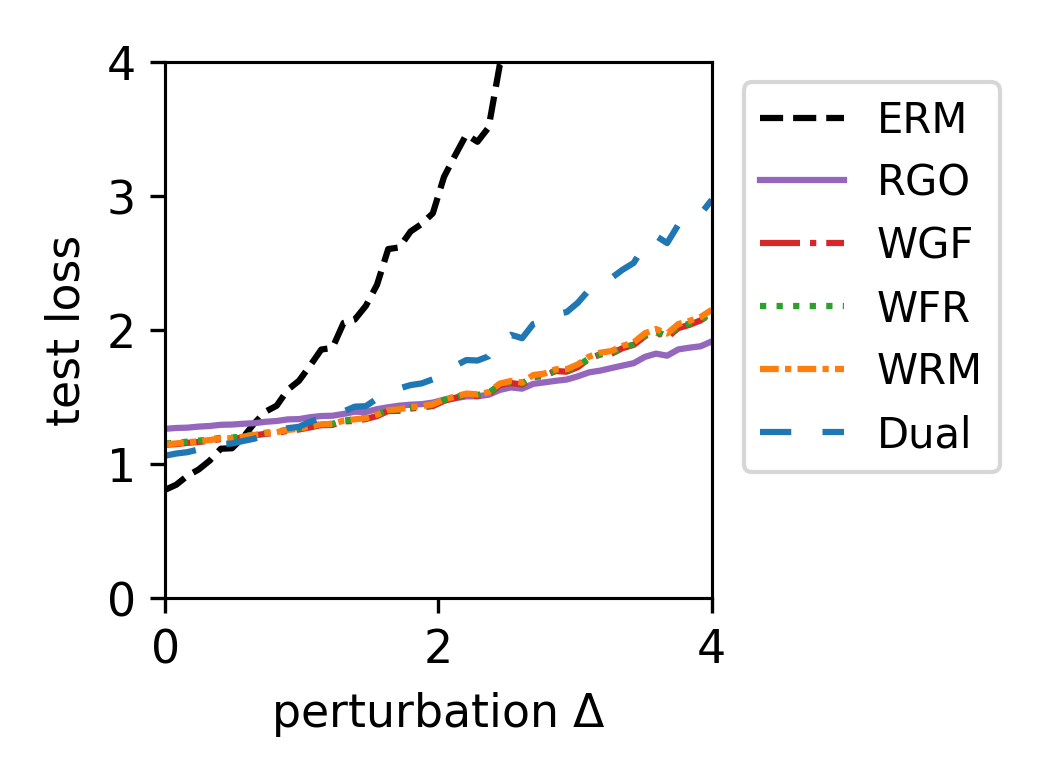
Repository: ZusenXu/GFS-DRO
Script's output: python uncertain_least_squares/uncertain_least_squares.py
An editor plug-in stored every save of this project. The script's output is shown before and after the next save, followed by the edit.
Random numbers start from a fixed seed.

Above is the script's output before, as saved 2025-09-13 21:02:20.

After the next save:
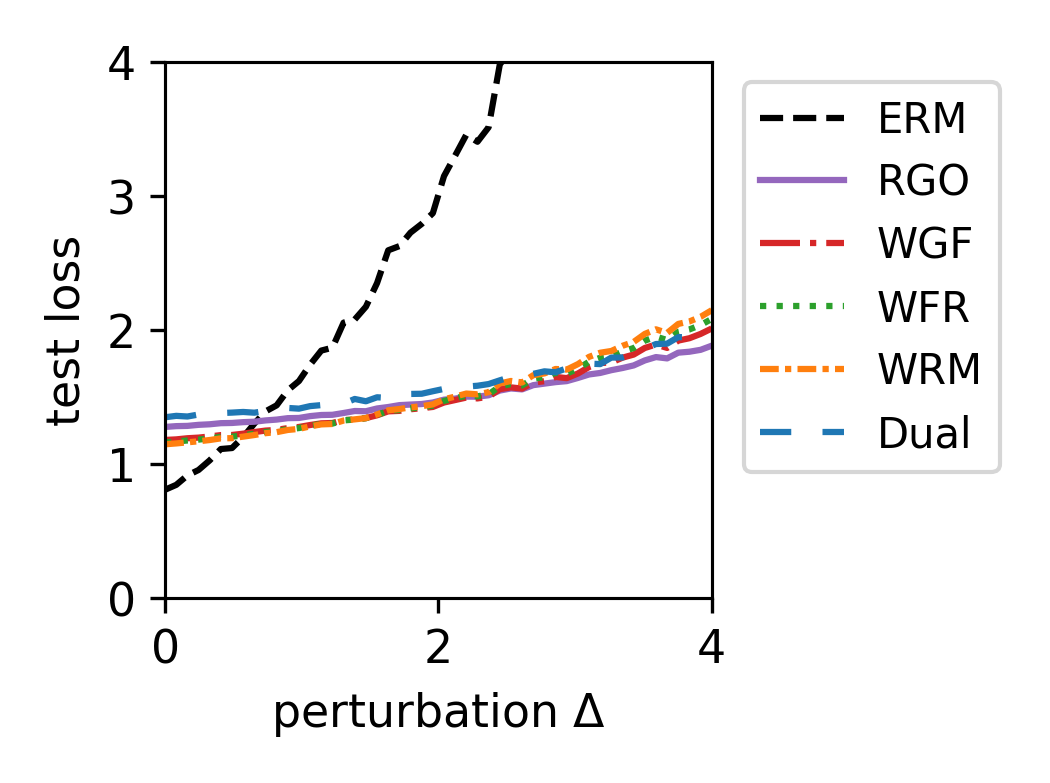
Saved 17 s later.
--- a/uncertain_least_squares/uncertain_least_squares.py
+++ b/uncertain_least_squares/uncertain_least_squares.py
@@ -21,7 +21,7 @@ DELTA_STEPS = 50
 N_EPOCHS = 50 # 外部优化的迭代轮数
 LEARNING_RATE = 0.01 # 外部优化 theta 的学习率
 LAMBDA_VAL = 0.5 # 正则化参数 lambda
-EPSILON = 0.1 # 熵正则化参数 epsilon
+EPSILON = 0.5 # 熵正则化参数 epsilon
 GRAD_CLIP_THRESHOLD = 10.0 # 梯度裁剪阈值，防止梯度爆炸
 
 # RGO (算法2) 特定参数
